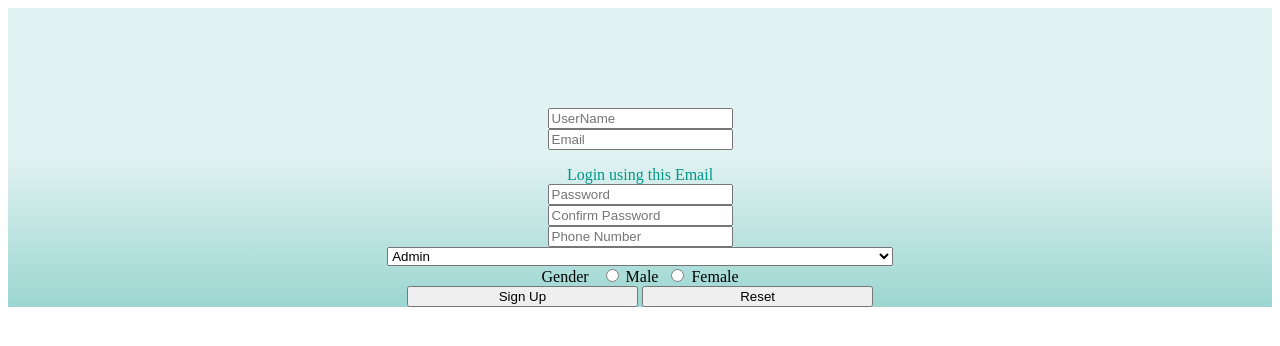
Repository: Indurupi/FriendZone
Page: FriendZoneFrontEnd/WebContent/signup.html
The author's editor kept a copy of each file at every save. The page is drawn from the files as they stood at one save, then again after the next save.
The browser window is 1280 px wide. The pictures show the whole page.

Above is the page before, as saved 2017-03-21 17:28:03.

### FriendZoneFrontEnd/WebContent/signup.html
<!DOCTYPE html>
<html>
<head>
<meta charset="ISO-8859-1">
<title>FriendZone</title>
<style type="text/css">
.form-control:focus {
	border: 2px solid #009688;
}

#signupdiv {
	background: linear-gradient(to bottom, #e0f2f1 50%, #80cbc4 120%);
	color: #ffffff;
	padding-top: 100px;
	height: 91%;
}
</style>
</head>
<body ng-app="friendzoneApp">

	<div id="signupdiv" align="center" ng-controller="homecontrol as home">
		<form ng-submit="home.submit()">

			<div class="input-group" id="LoginPassword">
				<span class="input-group-addon" id="basic-addon1">
					<div class="glyphicon glyphicon-user"></div>
				</span> <input type="text" class="form-control" placeholder="UserName"
					aria-describedby="basic-addon1" ng-model="home.user1.username"
					required="required" />
			</div>

			<div class="input-group" id="LoginUsername">
				<span class="input-group-addon" id="basic-addon1">
					<div class="glyphicon glyphicon-envelope"></div>
				</span> <input type="text" class="form-control" placeholder="Email"
					aria-describedby="basic-addon1" ng-model="home.user1.emailid"
					required="required" />

			</div>

			<div style="color: #009688;">
				<p style="color: #009688;" class="glyphicon glyphicon-hand-up"></p>
				Login using this Email
			</div>

			<div class="input-group">
				<span class="input-group-addon" id="basic-addon1">
					<div class="glyphicon glyphicon-lock"></div>
				</span> <input type="password" class="form-control" placeholder="Password"
					aria-describedby="basic-addon1" ng-model="home.user1.password"
					required="required" />
			</div>

			<div class="input-group">
				<span class="input-group-addon" id="basic-addon1">
					<div class="glyphicon glyphicon-lock"></div>
				</span> <input type="password" class="form-control"
					placeholder="Confirm Password" aria-describedby="basic-addon1"
					required="required" />
			</div>
			<div class="input-group">
				<span class="input-group-addon" id="basic-addon1">
					<div class="glyphicon glyphicon-phone"></div>
				</span> <input type="text" class="form-control" placeholder="Phone Number"
					aria-describedby="basic-addon1" ng-model="home.user1.phno"
					required="required" />
			</div>

			<div class="form-group">
				<select class="form-control" style="width:40%">
					<option ng-model="home.user1.role" value="admin">Admin</option>
					<option ng-model="home.user1.role" value="admin">User</option>
				</select>
			</div>
			<!--<div class="input-group"> -->
			<!--<span class="input-group-addon" id="basic-addon1"> -->
			<!--<div class="glyphicon glyphicon-calendar"></div> -->
			<!--</span> <input type="date" class="form-control" placeholder="DateOfBirth" -->
			<!--		aria-describedby="basic-addon1" /> -->
			<!--</div> -->

			<div class="input-group" style="color: #000000">

				<label style="color: #000000">Gender &nbsp; </label> <input
					style="color: #000000" type="radio" value="male" />&nbsp;Male&nbsp;
				<input style="color: #000000" type="radio" value="female" />&nbsp;Female
			</div>

			<!-- 			<ul class="dropdown-menu" role="menu" aria-labelledby="dropdownMenu">
				<li value="male" ng-model="home.user1.gender">Male</li>
				<li value="female" ng-model="home.user1.gender">Female</li>

			</ul> -->

			<button class="btn" id="custom-button" style="width: 18.3%"
				type="submit">Sign Up</button>
			<button class="btn" id="custom-button" style="width: 18.3%"
				ng-click="home.reset()" type="reset">Reset</button>
		</form>

		<!-- 		<div ng-repeat="user in home.users1" style="color:#000000"> -->
		<!-- 		Username:{{user.username}}<br> -->
		<!-- 		password:{{user.password}}<br> -->
		<!-- 		phonenumber:{{user.phno}}<br> -->
		<!-- 		status:{{user.status}}<br> -->
		<!-- 		emailid:{{user.emailid}}<br> -->
		<!-- 		</div> -->
	</div>

</body>

<!-- <script src="js/jquery-1.10.1.min.js"></script>
<script src="js/jquery.min.js"></script>
<script src="js/bootstrap.min.js"></script>
<script src="js/jquery-1.7.2.min.js"></script>
<script src="js/angular.min.js"></script>
<script src="js/angular-route.js"></script>
<script src="js/app.js"></script>
<script src="js/controller/blogcontroller.js"></script>
<script src="js/service/blogservice.js"></script>
<script src="js/controller/homecontroller.js"></script>
<script src="js/service/homeservice.js"></script>
 -->
</html>

After the next save:
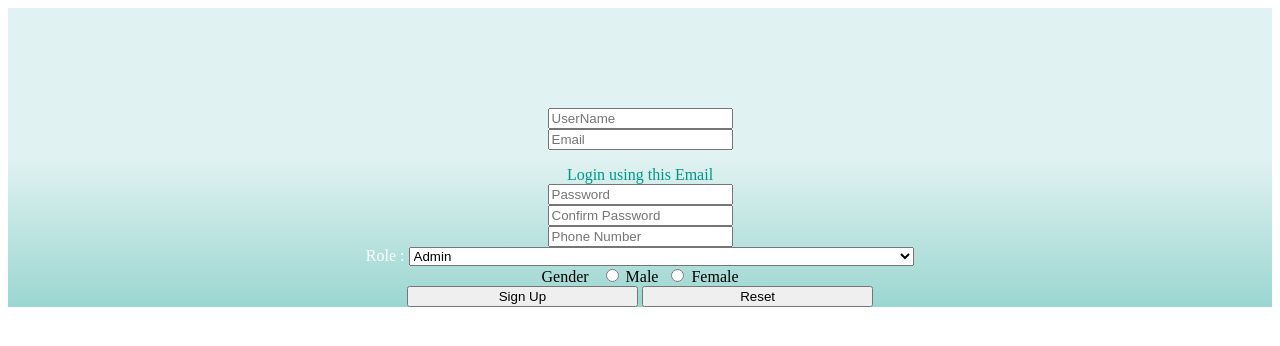
Saved 3 min 3 s later.
--- a/FriendZoneFrontEnd/WebContent/signup.html
+++ b/FriendZoneFrontEnd/WebContent/signup.html
@@ -66,7 +66,7 @@
 					required="required" />
 			</div>
 
-			<div class="form-group">
+			<div class="form-group">Role :
 				<select class="form-control" style="width:40%">
 					<option ng-model="home.user1.role" value="admin">Admin</option>
 					<option ng-model="home.user1.role" value="admin">User</option>
